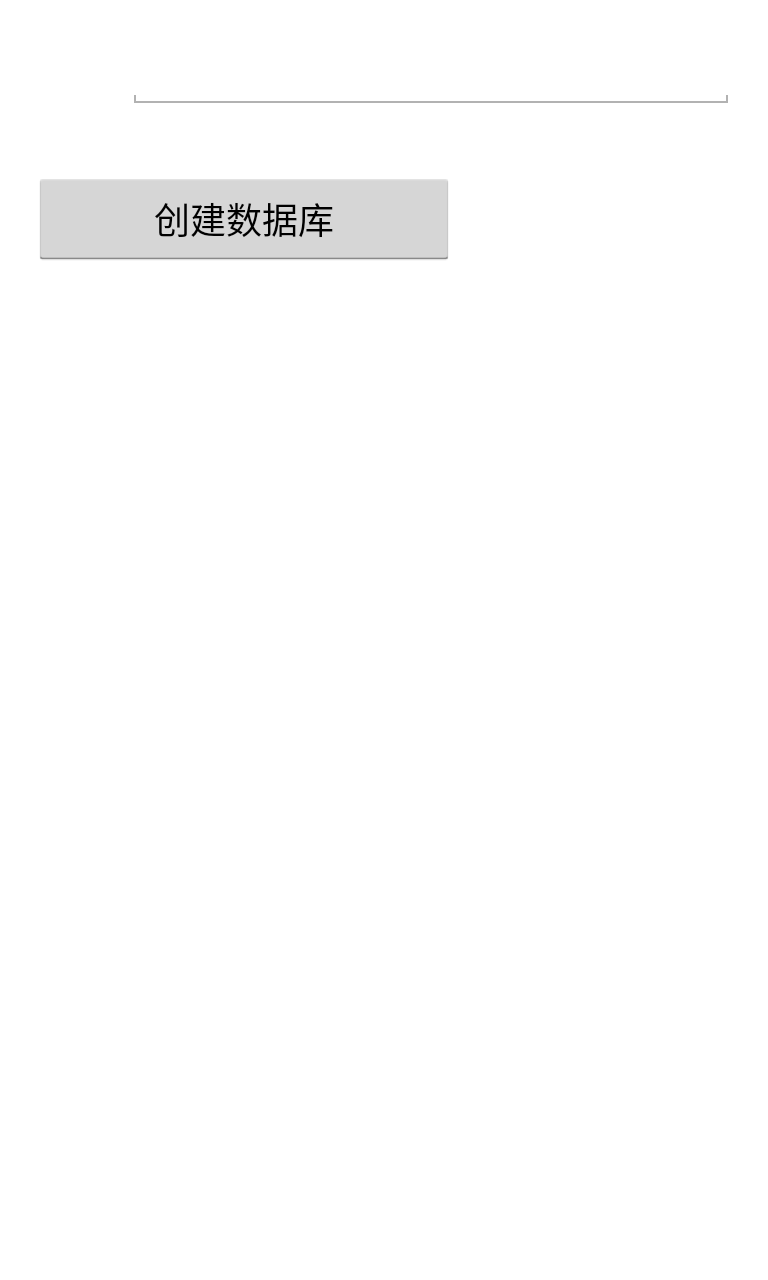
Repository: moetmd/learning-Android
Layout: SQLite/res/layout/activity_main.xml
The author's editor kept a copy of each file at every save. The layout is drawn from the files as they stood at one save, then again after the next save.
It is drawn on a 768 x 1280 px phone screen (xhdpi) without system bars, with theme AppTheme; the app's code is not run.

Above is the layout before, as saved 2014-11-18 08:51:30.

After the next save:
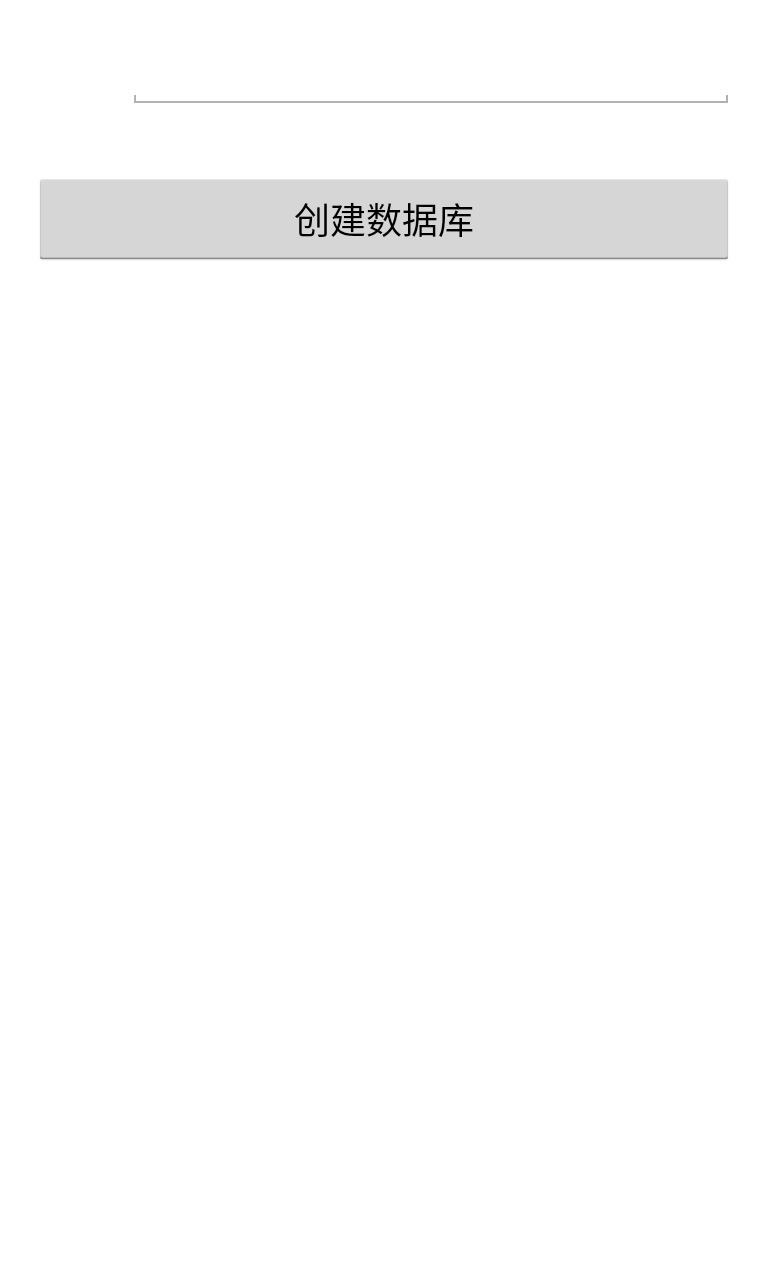
Saved 8 s later.
--- a/SQLite/res/layout/activity_main.xml
+++ b/SQLite/res/layout/activity_main.xml
@@ -25,7 +25,7 @@
 
         <Button
             android:id="@+id/bt_createdb"
-            android:layout_width="212dp"
+            android:layout_width="fill_parent"
             android:layout_height="wrap_content"
             android:layout_marginTop="30dp"
             android:text="创建数据库" />
